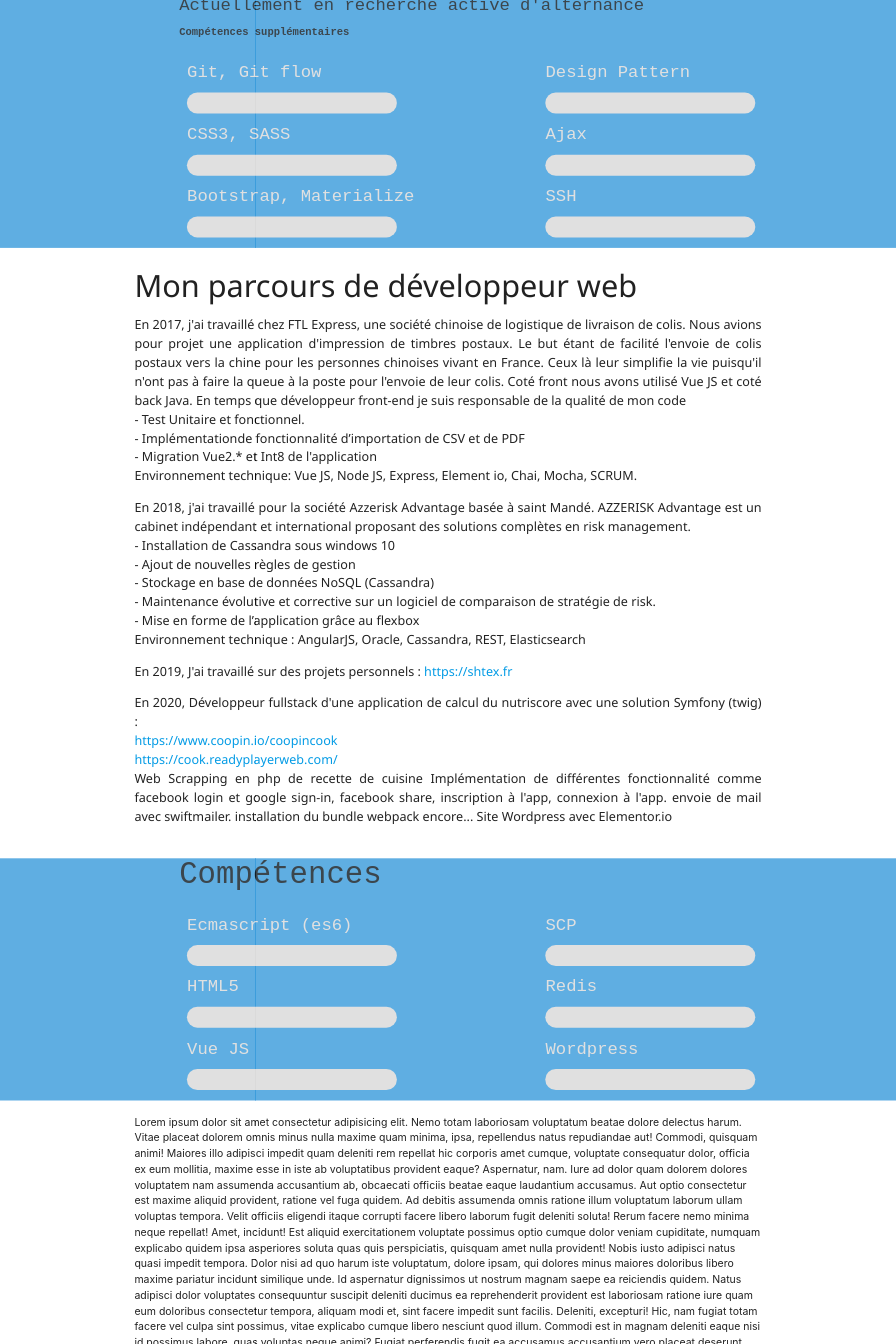
Repository: duncanidaho14/elhad
Page: index.html
An editor plug-in stored every save of this project. The page is shown before and after a run of saves, followed by the edit.
The browser window is 1280 px wide. The pictures show the part of the page from y = 2713 to 4633 px (the page is 5865 px tall), at 70% of full size.

Above is the page before, as saved 2020-10-26 02:14:07.

### index.html
<!DOCTYPE html>
<html lang="fr">
<head>
    <meta charset="UTF-8">
    <meta name="viewport" content="width=device-width, initial-scale=1.0">
    <meta http-equiv="X-UA-Compatible" content="ie=edge">
    <meta name="Description" content="Enter your description here"/>
    <!--Import Google Icon Font-->
    <link href="https://fonts.googleapis.com/icon?family=Material+Icons" rel="stylesheet">
    <!-- Compiled and minified CSS -->
    <link rel="stylesheet" href="https://cdnjs.cloudflare.com/ajax/libs/materialize/1.0.0/css/materialize.min.css">

    <link rel="stylesheet" href="https://cdnjs.cloudflare.com/ajax/libs/font-awesome/5.15.0/css/all.min.css">
    <link rel="stylesheet" href="assets/css/style.css">
    <title>CV Elhadi Beddarem</title>
</head>
<body>


    <header>
        <div class="loader">
            <div class="progress">
                <div class="indeterminate"></div>
            </div>
            <div class="preloader-wrapper big active">
                <div class="spinner-layer spinner-blue-only">
                    <div class="circle-clipper left">
                        <div class="circle"></div>
                    </div>
                    <div class="gap-patch">
                        <div class="circle"></div>
                    </div>
                    <div class="circle-clipper right">
                        <div class="circle"></div>
                    </div>
                </div>
            </div>
            <div class="preloader-wrapper big active">
                <div class="spinner-layer spinner-blue-only">
                    <div class="circle-clipper left">
                        <div class="circle"></div>
                    </div>
                    <div class="gap-patch">
                        <div class="circle"></div>
                    </div>
                    <div class="circle-clipper right">
                        <div class="circle"></div>
                    </div>
                </div>
            </div>
            <div class="pre-loaded">

            </div>
        </div>
        <div class="progress">
            <div class="indeterminate"></div>
        </div>


        <nav>
            <div class="nav-wrapper">
                <a href="#!" class="brand-logo">Logo</a>
                <a href="#" data-target="mobile-demo" class="sidenav-trigger"><i class="material-icons">menu</i></a>
                <ul class="right hide-on-med-and-down">
                    <li><a href="#quisuisje">Qui suis-je ?</a></li>
                    <li><a href="#mestechno">Mes techno</a></li>
                    <li><a href="#parcours">Parcours</a></li>
                    <li><a href="#contact">Contact</a></li>
                </ul>
            </div>
        </nav>

        <ul class="sidenav" id="mobile-demo">
            <li><a href="#quisuisje">Qui suis-je ?</a></li>
            <li><a href="#mestechno">Mes techno</a></li>
            <li><a href="#parcours">Parcours</a></li>
            <li><a href="#contact">Contact</a></li>
        </ul>

        <ul id="slide-out" class="sidenav">
            <li>
                <div class="user-view">
                    <div class="background">
                        <img src="/assets/img/mysql.png" class="circle">
                    </div>
                    <a href="#user"><img class="circle" src="/assets/img/git.png"></a>
                    <a href="#name"><span class="black-text name">Elhadi Beddarem</span></a>
                    <a href="#email"><span class="black-text email">elhadibeddarem@gmail.com</span></a>
                </div>
            </li>
            <li><a href="https://codeintheshell.fr" target="_blank"><i class="material-icons">cloud</i>Autre site : codeintheshell.fr</a></li>
            <li><a href="https://shtex.fr/">Autre site : shtex.fr</a></li>
            <li><a href="http://shtexworld.fr/">Autre site : shtexworld.fr</a></li>
            <li>
                <div class="divider"></div>
            </li>
            <li><a class="subheader">séparateur</a></li>
            <li><a class="waves-effect" href="./assets/img/cvelhadi.pdf" download="cvelhadi">Download CV</a></li>
        </ul>
        <a href="#" data-target="slide-out" class="sidenav-trigger"><i class="material-icons">menu</i></a>
    </header>

    <section class="container-fluid">
        <figure class="row">
            <div class="parallax-container">
                <div class="parallax"><img src="/assets/img/code.jpg"></div>
            </div>
            <div class="section white">
                <div class="row container" id="quisuisje">
                    <h1 class="header">Développeur d'application web et mobile</h1>
                    <p class="grey-text text-darken-3 lighten-3 secondtext">En reconversion professionnelle, autodidacte et passionné.
                        Fort d'une expérience de 4 ans dans le web, j'ai acquis de nombreuses compétences en PHP et JavaScript ...
                    </p>
                    <div class="carousel">
                        <a class="carousel-item" href="#one!"><img src="/assets/img/symfony.png"></a>
                        <a class="carousel-item" href="#two!"><img src="/assets/img/react.png"></a>
                        <a class="carousel-item" href="#three!"><img src="/assets/img/mysql.png"></a>
                        <a class="carousel-item" href="#four!"><img src="/assets/img/git.png"></a>
                        <a class="carousel-item" href="#five!"><img src="/assets/img/javascript.png"></a>
                    </div>
                </div>
            </div>
            <div class="parallax-container">
                <div class="parallax"><img src="/assets/img/code.jpg"></div>
            </div>
        </figure>
    </section>

    <section class="container-fluid section1">
        <article class="row article-progress">
            <div id="mestechno">
                <h2 class="mestechno">Mes Techno</h2>
            </div>
                <div class="col s6">
                    <h5 class="title-five">Symfony</h5>
                    <div class="progress bar up">
                        <div class="determinate symfony" data-done="70">70%</div>
                    </div>
                    <h5 class="title-five">React</h5>
                    <div class="progress bar up">
                        <div class="determinate react" data-done="50">50%</div>
                    </div>
                    <h5 class="title-five">MySQL</h5>
                    <div class="progress bar up">
                        <div class="determinate mysql" data-done="70">70%</div>
                    </div>
                </div>
                <div class="col s6">
                    <h5 class="title-five">PHP</h5>
                    <div class="progress bar up">
                        <div class="determinate php" data-done="70">70%</div>
                    </div>
                    <h5 class="title-five">JavaScript</h5>
                    <div class="progress bar up">
                        <div class="determinate javascript" data-done="70">70%</div>
                    </div>
                    <h5 class="title-five">MongoDB</h5>
                    <div class="progress bar up">
                        <div class="determinate mongodb" data-done="70">70%</div>
                    </div>
                </div>
        </article>
    </section>

    <section class="container citation">
        <article class="row">
            <blockquote>
                <i class="fa fa-quote-left"></i>&nbsp;&nbsp;PME, associations ou particuliers,<br /> je réponds à vos besoins en développement web&nbsp;&nbsp;<i class="fa fa-quote-right"></i>
            </blockquote>
        </article>
    </section>

    <section class="container-fluid section2">
        <article class="row article-progress">
            <h5>Actuellement en recherche active d'alternance</h5>
            <p>Compétences supplémentaires</p>
                <div class="col s6">
                    <h5 class="title-five">Git, Git flow</h5>
                    <div class="progress bar up">
                        <div class="determinate git" data-done="75">75%</div>
                    </div>
                    <h5 class="title-five">CSS3, SASS</h5>
                    <div class="progress bar up">
                        <div class="determinate sass" data-done="70">70%</div>
                    </div>
                    <h5 class="title-five">Bootstrap, Materialize</h5>
                    <div class="progress bar up">
                        <div class="determinate bootstrap" data-done="90">90%</div>
                    </div>
                </div>
                <div class="col s6">
                    <h5 class="title-five">Design Pattern</h5>
                    <div class="progress bar up">
                        <div class="determinate patern" data-done="70">70%</div>
                    </div>
                    <h5 class="title-five">Ajax</h5>
                    <div class="progress bar up">
                        <div class="determinate ajax" data-done="70">70%</div>
                    </div>
                    <h5 class="title-five">SSH</h5>
                    <div class="progress bar up">
                        <div class="determinate ssh" data-done="70">70%</div>
                    </div>
                </div>
        </article>
    </section>
    <section class="container services" id="parcours">
        <article class="row">
            <h3>Mon parcours de développeur web</h3>
            <p>En 2017, j'ai travaillé chez FTL Express, une société chinoise de logistique de livraison de colis.
                Nous avions pour projet une application d'impression de timbres postaux.
                Le but étant de facilité l'envoie de colis postaux vers la chine pour les personnes chinoises vivant en France. Ceux là leur simplifie  la vie puisqu'il n'ont pas
                à faire la queue à la poste pour l'envoie de leur colis.
                Coté front nous avons utilisé Vue JS et coté back Java. En temps que développeur front-end je suis responsable de la qualité de mon code<br>
                - Test Unitaire et fonctionnel.<br>
                - Implémentationde fonctionnalité d’importation de CSV
                et de PDF<br>
                - Migration Vue2.* et Int8 de l'application<br>
                <span>Environnement technique: Vue JS, Node JS, Express,
                Element io, Chai, Mocha, SCRUM.</span>
            </p>

            <p>En 2018, j'ai travaillé pour la société Azzerisk Advantage basée à saint Mandé. AZZERISK Advantage est un cabinet indépendant et international proposant
            des solutions complètes en risk management. <br>
                    -         Installation de Cassandra sous windows 10<br>
                    -         Ajout de nouvelles règles de gestion<br>
                    -         Stockage en base de données NoSQL (Cassandra)<br>
                    -         Maintenance évolutive et corrective sur un logiciel de comparaison de stratégie de risk. <br>
                    -         Mise en forme de l’application grâce au flexbox<br>
                    Environnement technique : AngularJS, Oracle, Cassandra, REST, Elasticsearch
            </p>

            <p>En 2019, J'ai travaillé sur des projets personnels :
                <a href="https://shtex.fr">https://shtex.fr</a>
            </p>
            <p>En 2020, Développeur fullstack d'une application de calcul du nutriscore avec une solution Symfony (twig) :
                <br>
                <a href="https://www.coopin.io/coopincook" target="_blank" rel="noopener noreferrer">https://www.coopin.io/coopincook</a>
                <br>
                <a href="https://cook.readyplayerweb.com/" target="_blank" rel="noopener noreferrer">https://cook.readyplayerweb.com/</a>
                <br>
                Web Scrapping en php de recette de cuisine
                Implémentation de différentes fonctionnalité comme
                facebook login et google sign-in, facebook share,
                inscription à l'app, connexion à l'app. envoie de mail avec
                swiftmailer. installation du bundle webpack encore...
                Site Wordpress avec Elementor.io
            </p>
        </article>
    </section>

    <section class="container-fluid section3">
        <article class="row article-progress">
            <h3>Compétences</h3>
            <div class="col s6">
                <h5 class="title-five">Ecmascript (es6)</h5>
                <div class="progress bar up">
                    <div class="determinate ecmascript" data-done="80">80%</div>
                </div>
                <h5 class="title-five">HTML5</h5>
                <div class="progress bar up">
                    <div class="determinate html" data-done="90">90%</div>
                </div>
                <h5 class="title-five">Vue JS</h5>
                <div class="progress bar up">
                    <div class="determinate vue" data-done="50">50%</div>
                </div>
            </div>
            <div class="col s6">
                <h5 class="title-five">SCP</h5>
                <div class="progress bar up">
                    <div class="determinate scp" data-done="70">70%</div>
                </div>
                <h5 class="title-five">Redis</h5>
                <div class="progress bar up">
                    <div class="determinate redis" data-done="50">50%</div>
                </div>
                <h5 class="title-five">Wordpress</h5>
                <div class="progress bar up">
                    <div class="determinate wordpress" data-done="85">85%</div>
                </div>
            </div>
        </article>
    </section>
    <section class="container">
        <article class="row">
            <p>Lorem ipsum dolor sit amet consectetur adipisicing elit. Nemo totam laboriosam voluptatum beatae dolore delectus harum. Vitae placeat dolorem omnis minus nulla maxime quam minima, ipsa, repellendus natus repudiandae aut!
            Commodi, quisquam animi! Maiores illo adipisci impedit quam deleniti rem repellat hic corporis amet cumque, voluptate consequatur dolor, officia ex eum mollitia, maxime esse in iste ab voluptatibus provident eaque?
            Aspernatur, nam. Iure ad dolor quam dolorem dolores voluptatem nam assumenda accusantium ab, obcaecati officiis beatae eaque laudantium accusamus. Aut optio consectetur est maxime aliquid provident, ratione vel fuga quidem.
            Ad debitis assumenda omnis ratione illum voluptatum laborum ullam voluptas tempora. Velit officiis eligendi itaque corrupti facere libero laborum fugit deleniti soluta! Rerum facere nemo minima neque repellat! Amet, incidunt!
            Est aliquid exercitationem voluptate possimus optio cumque dolor veniam cupiditate, numquam explicabo quidem ipsa asperiores soluta quas quis perspiciatis, quisquam amet nulla provident! Nobis iusto adipisci natus quasi impedit tempora.
            Dolor nisi ad quo harum iste voluptatum, dolore ipsam, qui dolores minus maiores doloribus libero maxime pariatur incidunt similique unde. Id aspernatur dignissimos ut nostrum magnam saepe ea reiciendis quidem.
            Natus adipisci dolor voluptates consequuntur suscipit deleniti ducimus ea reprehenderit provident est laboriosam ratione iure quam eum doloribus consectetur tempora, aliquam modi et, sint facere impedit sunt facilis. Deleniti, excepturi!
            Hic, nam fugiat totam facere vel culpa sint possimus, vitae explicabo cumque libero nesciunt quod illum. Commodi est in magnam deleniti eaque nisi id possimus labore, quas voluptas neque animi?
            Fugiat perferendis fugit ea accusamus accusantium vero placeat deserunt ipsam facilis similique iste quidem asperiores amet quibusdam natus dolor, et blanditiis nobis dolorem? Nobis ab quae unde ipsam, magni ad!
            Totam delectus minima iure eaque ex nesciunt maxime modi impedit adipisci non rem ullam, nemo rerum cum possimus odio autem eum asperiores, aperiam recusandae nostrum expedita. Dolor quasi iure fugit!</p>
        </article>
    </section>

    <hr>

    <div class="container sectioncontact">
        <div class="section">

            <!--   Icon Section   -->
            <div class="row">
                <div class="col s12 m4">
                    <div class="icon-block">
                        <h2 class="center light-blue-text"><i class="material-icons">flash_on</i></h2>
                        <h5 class="center">Speeds up development</h5>

                        <p class="light">We did most of the heavy lifting for you to provide a default stylings that incorporate our custom components. Additionally, we refined animations and transitions to provide a smoother experience for developers.</p>
                    </div>
                </div>

                <div class="col s12 m4">
                    <div class="icon-block">
                        <h2 class="center light-blue-text"><i class="material-icons">group</i></h2>
                        <h5 class="center">User Experience Focused</h5>

                        <p class="light">By utilizing elements and principles of Material Design, we were able to create a framework that incorporates components and animations that provide more feedback to users. Additionally, a single underlying responsive system across all platforms allow for a more unified user experience.</p>
                    </div>
                </div>

                <div class="col s12 m4">
                    <div class="icon-block">
                        <h2 class="center light-blue-text"><i class="material-icons">settings</i></h2>
                        <h5 class="center">Easy to work with</h5>

                        <p class="light">We have provided detailed documentation as well as specific code examples to help new users get started. We are also always open to feedback and can answer any questions a user may have about Materialize.</p>
                    </div>
                </div>
            </div>


            <section class="container">
                <article class="row">
                    <a href="mailto:elhadibeddarem@gmail.com">Envoyer un email à Elhadi</a>
                </article>
                <aside class="aside">
                    <p>
                        Lorem ipsum dolor sit amet, consectetur adipisicing elit. Officia provident enim molestias distinctio aperiam incidunt quibusdam tenetur porro iure.
                        Sit a molestias temporibus error beatae voluptatum ipsum perferendis fugiat minima?Cumque ipsa error, maxime dolorum, quaerat obcaecati exercitationem
                        officia ex placeat molestias eum inventore deleniti sunt. Ab earum ipsam dicta eum at assumenda similique nam. Obcaecati ullam necessitatibus veniam eius!
                    </p>
                </aside>
            </section>
        </div>
        <br><br>
    </div>
    <footer class="page-footer">
        <div class="container">
            <div class="row">
                <div class="col l6 s12">
                    <h5 class="white-text">Footer Content</h5>
                    <p class="grey-text text-lighten-4">You can use rows and columns here to organize your footer content.</p>
                </div>
                <div class="col l4 offset-l2 s12">
                    <h5 class="white-text">Links</h5>
                    <ul>
                        <li><a class="grey-text text-lighten-3" href="https://codeintheshell.fr" target="_blank">https://codeintheshell.fr</a></li>
                        <li><a class="grey-text text-lighten-3" href="#!">Link 2</a></li>
                        <li><a class="grey-text text-lighten-3" href="#!">Link 3</a></li>
                        <li><a class="grey-text text-lighten-3" href="#!">Link 4</a></li>
                    </ul>
                </div>
            </div>
        </div>
        <div class="footer-copyright">
            <div class="container">
            © 2020 Copyright Kirua
            <a class="grey-text text-lighten-4 right" href="#!">More Links</a>
            </div>
        </div>
    </footer>

<script src="https://cdnjs.cloudflare.com/ajax/libs/jquery/3.5.1/jquery.min.js"></script>
<script src="https://cdnjs.cloudflare.com/ajax/libs/popper.js/1.16.1/umd/popper.min.js"></script>
<!-- Compiled and minified JavaScript -->
<script src="https://cdnjs.cloudflare.com/ajax/libs/materialize/1.0.0/js/materialize.min.js"></script>
<script src="assets/js/index.js"></script>
</body>
</html>

### assets/css/style.css
.pre-loaded {
    border: 16px solid #f3f3f3;
    /* Light grey */
    border-top: 16px solid #3498db;
    /* Blue */
    border-radius: 50%;
    width: 120px;
    height: 120px;
    animation: spin 2s linear infinite;
}

@keyframes spin {
    0% {
        transform: rotate(0deg);
    }

    100% {
        transform: rotate(360deg);
    }
}

@keyframes slideIn {
  from {
    left: 0%;
    width: 170px;
  }

  to {
    right: 70%;
    width: 170px;
  }
}

.section1 {
    display: none;
}

.section2 {
    display: none;
}

.section3 {
    display: none;
}

.progress {
    background-color: #d8d8d8;
	border-radius: 20px;
	position: relative;
	margin: 15px 0;
	height: 30px;
	width: 300px;
}

.determinate {
    background: linear-gradient(to left, #F2709C, #FF9472);
	box-shadow: 0 3px 3px -5px #F2709C, 0 2px 5px #F2709C;
	border-radius: 20px;
	color: #fff;
	display: flex;
	align-items: center;
	justify-content: center;
	height: 100%;
	width: 0;
	opacity: 0;
	transition: 1s ease 0.3s;
}

.article-progress {
    background-color: #3498db;
    padding-left: 20%;
    font-family: 'Courier New', Courier, monospace;
    font-weight: bolder;
}

@media screen and (max-width: 1040px) {
    .article-progress {
        background-color: #3498db;
        padding-left: 5%;
    }
}

h1.header {
    font-family: Cambria, Cochin, Georgia, Times, 'Times New Roman', serif;
    color: violet;
    text-align: center;
    font-size: 7em;
}

.secondtext {
    font-size: 1.5em;
    text-align: center;
}

h2.mestechno {
    color: black;
   padding-left: 350px  ;

}

.title-five {
    color: #d8d8d8;
}

.citation {
    font-family: 'Franklin Gothic Medium', 'Arial Narrow', Arial, sans-serif;
    text-align: center;
    font-weight: bold;
    font-size: larger;
    border: 2px solid #F2709C;
    border-radius: 10%;

}

.services {
    text-align: justify;
    font-size: larger;
    font-family: 'Segoe UI', Tahoma, Geneva, Verdana, sans-serif;

}

.sectioncontact {
    height: 800px;
}

aside {
    width: 40%;
    padding-left: .5rem;
    margin-left: .5rem;
    float: right;
    box-shadow: inset 5px 0 5px -5px #29627e;
    font-style: italic;
    color: #29627e;
}

aside > p {
    margin: .5rem;
}

Loaded but not shown: assets/js/index.js (112 lines, source omitted)

After the next 2 saves:
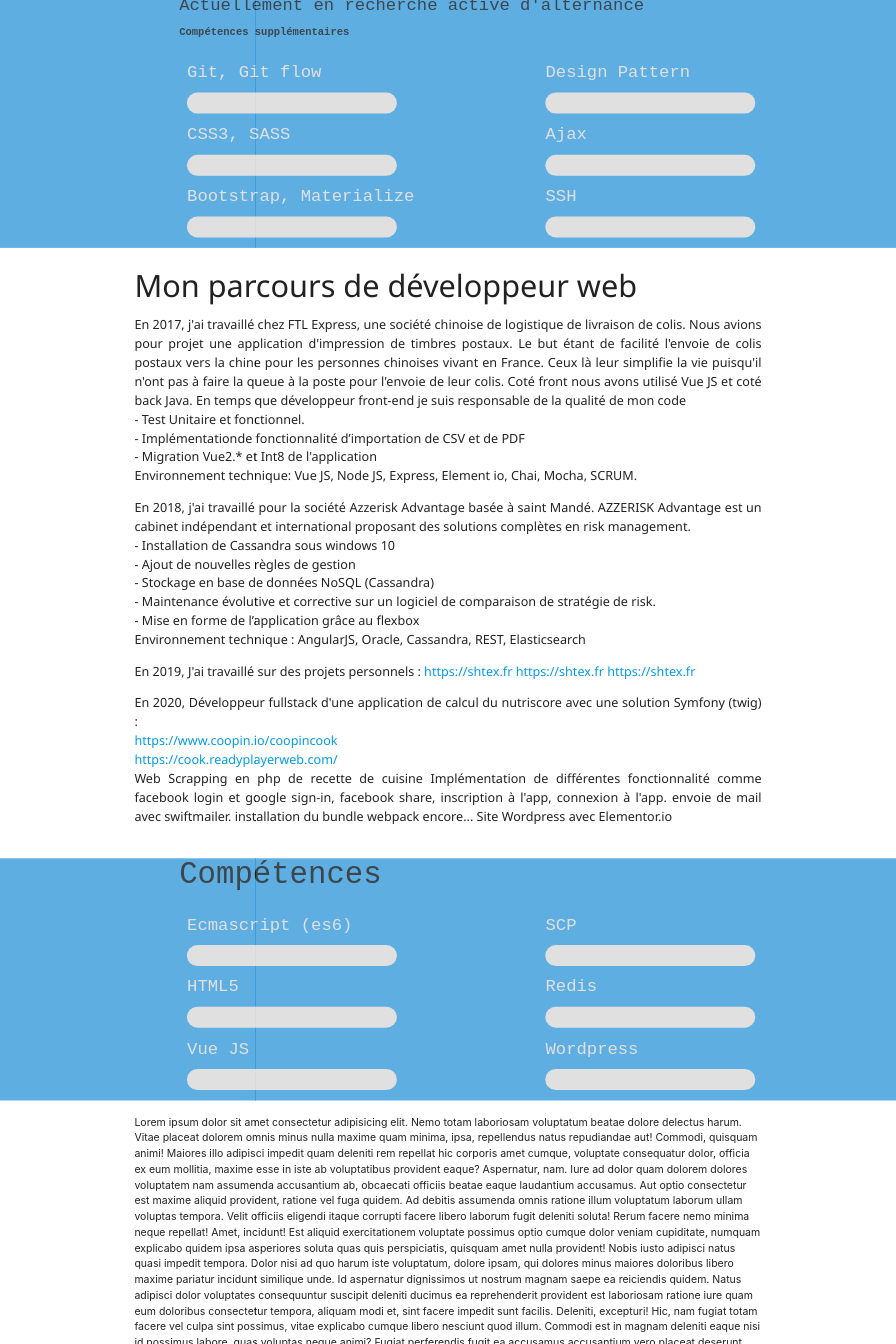
The 2 saves are shown as one change because they came seconds apart.
The last was saved 15 s later.
--- a/index.html
+++ b/index.html
@@ -232,6 +232,8 @@
 
             <p>En 2019, J'ai travaillé sur des projets personnels :
                 <a href="https://shtex.fr">https://shtex.fr</a>
+                <a href="https://shtex.fr">https://shtex.fr</a>
+                <a href="https://shtex.fr">https://shtex.fr</a>
             </p>
             <p>En 2020, Développeur fullstack d'une application de calcul du nutriscore avec une solution Symfony (twig) :
                 <br>
